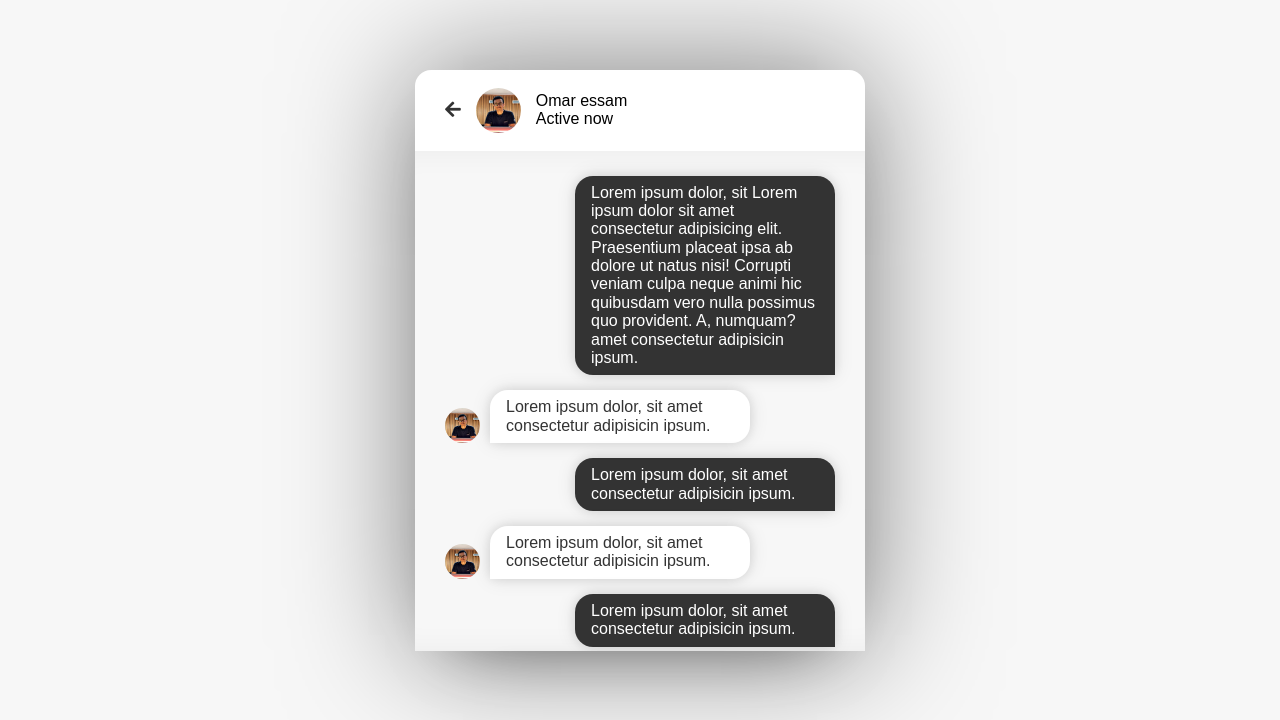
Repository: OmarEssameldinMousa/Chat-Application
Page: chat.html
These files come from the project's save history. The page is drawn as it stood at one moment and after the next save; the edit follows.
The browser window is 1280 px wide. The pictures show the whole page.
An inner scrolling area shows only its first screen.

Above is the page before, as saved 2023-09-23 00:47:57.

### chat.html
<!DOCTYPE html>
<html lang="en">

<head>
    <meta charset="UTF-8">
    <meta name="viewport" content="width=device-width, initial-scale=1.0">
    <title>Realtime Chat App</title>
    <link rel="stylesheet" href="css/normalize.css">
    <link rel="stylesheet" href="css/all.min.css">
    <link rel="stylesheet" href="css/style.css">
</head>

<body>
    <div class="wrapper">
        <section class="chat-area">
            <header>
                <a href="" class="back-icon"><i class="fas fa-arrow-left"></i></a>
                <img src="images/124374760.jpg" alt="">
                <div class="details">
                    <span>Omar essam</span>
                    <p>Active now</p>
                </div>
            </header>

            <div class="chat-box">

                <div class="chat outgoing">
                    <div class="details">
                        <p>Lorem ipsum dolor, sit Lorem ipsum dolor sit amet consectetur adipisicing elit. Praesentium
                            placeat ipsa ab dolore ut natus nisi! Corrupti veniam culpa neque animi hic quibusdam vero
                            nulla possimus quo provident. A, numquam? amet consectetur adipisicin ipsum.</p>
                    </div>
                </div>

                <div class="chat incoming">
                    <img src="images/124374760.jpg" alt="">
                    <div class="details">
                        <p>Lorem ipsum dolor, sit amet consectetur adipisicin ipsum.</p>
                    </div>
                </div>


                <div class="chat outgoing">
                    <div class="details">
                        <p>Lorem ipsum dolor, sit amet consectetur adipisicin ipsum.</p>
                    </div>
                </div>

                <div class="chat incoming">
                    <img src="images/124374760.jpg" alt="">
                    <div class="details">
                        <p>Lorem ipsum dolor, sit amet consectetur adipisicin ipsum.</p>
                    </div>
                </div>


                <div class="chat outgoing">
                    <div class="details">
                        <p>Lorem ipsum dolor, sit amet consectetur adipisicin ipsum.</p>
                    </div>
                </div>

                <div class="chat incoming">
                    <img src="images/124374760.jpg" alt="">
                    <div class="details">
                        <p>Lorem ipsum dolor, sit amet consectetur adipisicin ipsum. Lorem ipsum dolor sit amet
                            consectetur adipisicing elit. At et voluptatem eaque voluptatum expedita delectus molestiae
                            est quidem consequatur numquam, corrupti, quis veritatis neque accusamus maiores explicabo
                            laboriosam sunt! Eaque?</p>
                    </div>
                </div>


                <div class="chat outgoing">
                    <div class="details">
                        <p>Lorem ipsum dolor, sit amet consectetur adipisicin ipsum.</p>
                    </div>
                </div>

                <div class="chat incoming">
                    <img src="images/124374760.jpg" alt="">
                    <div class="details">
                        <p>Lorem ipsum dolor, sit amet consectetur adipisicin ipsum.</p>
                    </div>
                </div>


                <div class="chat outgoing">
                    <div class="details">
                        <p>Lorem ipsum dolor, sit amet consectetur adipisicin ipsum.</p>
                    </div>
                </div>

                <div class="chat incoming">
                    <img src="images/124374760.jpg" alt="">
                    <div class="details">
                        <p>Lorem ipsum dolor, sit amet consectetur adipisicin ipsum.</p>
                    </div>
                </div>


            </div>


        </section>
    </div>
</body>

</html>

### css/style.css
* {
    margin: 0;
    padding: 0;
    box-sizing: border-box;
    text-decoration: none;
    font-family: 'Poppins', sans-serif;
}


body {
    display: flex;
    align-items: center;
    justify-content: center;
    min-height: 100vh;
    background: #f7f7f7;
}

.wrapper {
    background: #fff;
    width: 450px;
    border-radius: 16px;
    box-shadow: 0 0 128px 0 rgba(0, 0, 0, 0.5), 0 32px 64px -48px rgba(0, 0, 0, 0.5);
}

/* Signup Form*/
.form {
    padding: 25px 30px;
}

.form header {
    font-size: 25px;
    font-weight: 600;
    padding-bottom: 10px;
    border-bottom: 1px solid #e6e6e6;
}

.form form {
    margin: 20px 0;
}

.form form .error-txt {
    color: #721c24;
    background: #f8d7da;
    padding: 8px 10px;
    text-align: center;
    border-radius: 5px;
    margin-bottom: 10px;
    border: 1px solid #f5c6cb
}

.form form .name-details {
    display: flex;
}

form .name-details .field:first-child {
    margin-right: 10px;
}

form .name-details .field:last-child {
    margin-left: 10px;
}

.form form .field {
    display: flex;
    flex-direction: column;
    margin-bottom: 10px;
    position: relative;
}

.form form .field label {
    margin-bottom: 2px;
}


.form form .input input {
    outline: none;
}


.form form .input input {
    height: 40px;
    width: 100%;
    font-size: 16px;
    padding: 0 10px;
    border: 1px solid #ccc;
    border-radius: 5px;
}

.form form .image input {
    font-size: 17px;
}

.form form .button input {
    margin-top: 13px;
    height: 45px;
    border: none;
    font-size: 17px;
    font-weight: 500px;
    background: #333;
    color: #fff;
    border-radius: 5px;
    cursor: pointer;
}

.form form .field i {
    position: absolute;
    right: 15px;
    top: 70%;
    transform: translateY(-50%);
    cursor: pointer;
    color: #ccc;
}

.form .link {
    text-align: cetner;
    margin: 10px 0;
    font-size: 17px;
}

.form .link a {
    color: #333;
}

.form .link a:hover {
    text-decoration: underline;
}

.users {
    padding: 25px 30px;
}

.users header,
.users-list a {
    display: flex;
    align-items: center;
    justify-content: center;
    justify-content: space-between;
    border-bottom: 1px solid #e6e6e6;
    padding-bottom: 15px;

}

.wrapper img {
    object-fit: cover;
    border-radius: 50%;
}

:is(.users, .users-list) .content {
    display: flex;
    align-items: center;
}

.users header .content img {
    height: 50px;
    width: 50px;
}


:is(.users, .users-list) .details {
    color: #000;
    margin-left: 15px;
}

:is(.users, .users-list) .details span {
    font-size: 18px;
    font-weight: 500px;
}

.users header .Logout {
    color: #fff;
    padding: 7px 15px;
    background: #333;
    border-radius: 5px;
    font-size: 17px;
}

.users .search {
    margin: 20px 0;
    display: flex;
    justify-content: space-between;
    align-items: center;
    position: relative;
}

.users .search .text {
    font-size: 18px;
}

.users .search input {
    position: absolute;
    height: 43px;
    width: calc(100% - 50px);
    border: 1px solid #ccc;
    padding: 0 13px;
    font-size: 16px;
    border-radius: 5px;
    outline: none;
}

.users .search button {
    width: 47px;
    height: 43px;
    border: none;
    outline: none;
    color: #fff;
    background-color: #333;
    border-radius: 0 5px 5px 0;
    cursor: pointer;
    font-size: 17px;
}

.users-list {
    max-height: 350px;
    overflow-y: auto;
}

:is(.users-list, .chat-box)::-webkit-scrollbar {
    width: 0px;
}


.users-list a {
    padding-right: 10px;
    padding-bottom: 10px;
    margin-bottom: 10px;
    border-bottom-color: #f1f1f1;
}

.users-list a:last-child {
    border: none;
    margin-bottom: 0px;
}

.users-list a .content img {
    height: 40px;
    width: 40px;
}


.users header .content p {
    color: #67676a;
}

.users-list a .status-dot {
    font-size: 12px;
    color: #67676a;
}

/* to use the online status */
.users-list a .status-dot.offline {
    font-size: 12px;
    color: #468669;
}


/* Chat Area CSS style */

.chat-area header {
    display: flex;
    align-items: center;
    padding: 18px 30px;
}

.chat-area header .back-icon {
    font-size: 18px;
    color: #333;
}

.chat-area header img {
    height: 45px;
    width: 45px;
    margin: 0 15px;
}


.chat-area header span {
    font-size: 17x;
    font-weight: 500;
}

.chat-box {
    height: 500px;
    background-color: #f7f7f7;
    padding: 10px 30px 20px 30px;
    box-shadow: inset 0 32px 32px -32px rgb(0 0 0/ 5%),
        inset 0 -32px 32px -32px rgb(0 0 0/ 5%);
    overflow-y: auto;
}

.chat-box .chat {
    margin: 15px 0;
}

.chat-box .chat p {
    word-wrap: break-word;
    padding: 8px 16px;
    box-shadow: 0px 0px 12px 0px rgba(0, 0, 0, 10%), 0px 0px 20px 0px rgb(0 0 0 / 10%);
}

.chat-box .outgoing {
    display: flex;
}

.outgoing .details {
    margin-left: auto;
    max-width: calc(100% - 130px);
    /* margin-bottom: 15px; */
}

.outgoing .details p {
    border-radius: 18px 18px 0 18px;
    background-color: #333;
    color: #fff;
}


.chat-box .incoming {
    display: flex;
    align-items: flex-end;
}

.chat-box .incoming img {
    height: 35px;
    width: 35px;
}

.incoming .details {
    margin-left: 10px;
    margin-right: auto;
    max-width: calc(100% - 130px);
}

.incoming .details p {
    background-color: #fff;
    align-items: center;
    color: #333;
    border-radius: 18px 18px 18px 0;
}

Loaded but not shown: css/normalize.css (library); css/all.min.css (library)

After the next save:
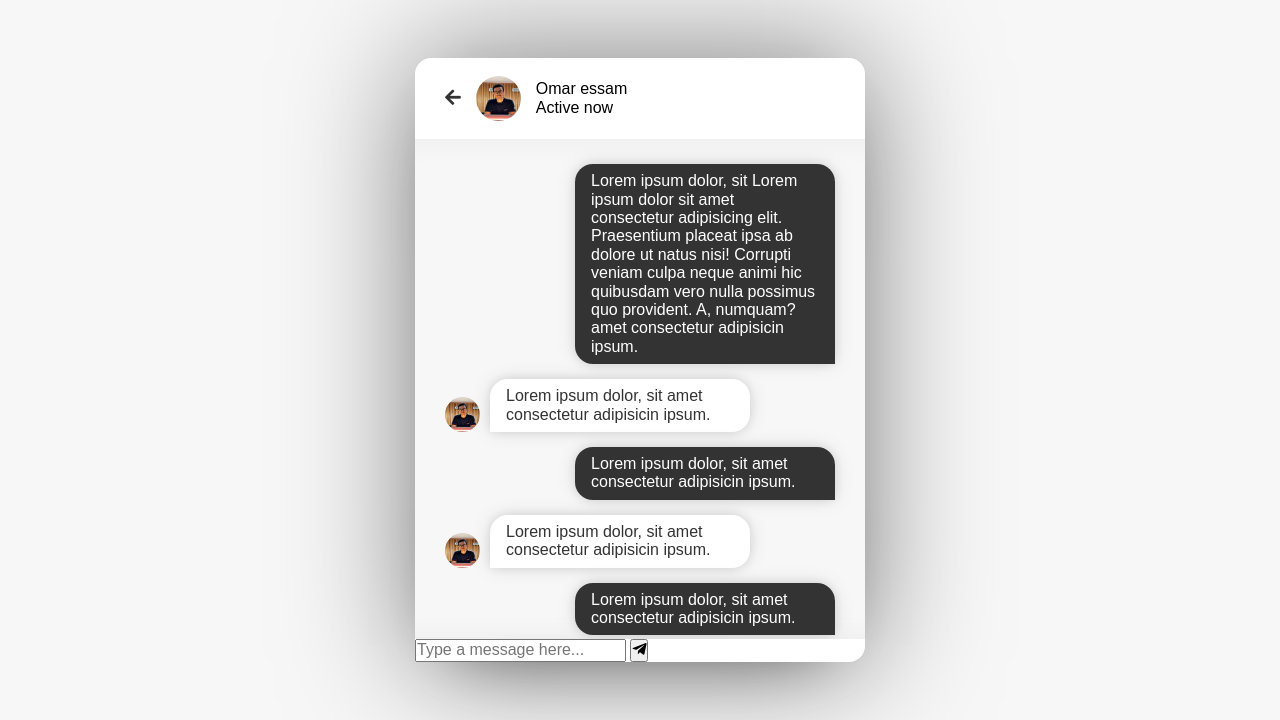
Saved 1 s later.
--- a/chat.html
+++ b/chat.html
@@ -101,7 +101,10 @@
 
             </div>
 
-
+            <form action="" class="typing-area">
+                <input type="text" placeholder="Type a message here...">
+                <button><i class="fab fa-telegram-plane"></i></button>
+            </form>
         </section>
     </div>
 </body>
